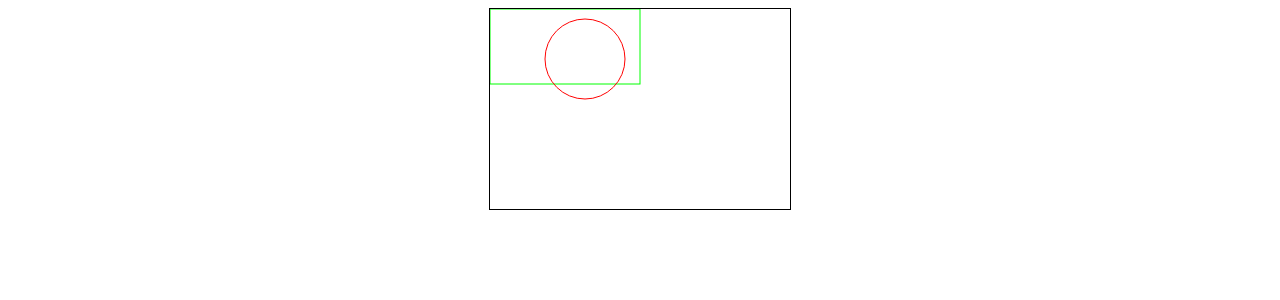
Repository: BhardwajMonika/core-java
Page: HTML2/WebContent/Canvas1.html
An editor plug-in stored every save of this project. The page is shown before and after the next save, followed by the edit.
The browser window is 1280 px wide. The pictures show the whole page.

Above is the page before, as saved 2019-02-27 09:23:30.

After the next save:
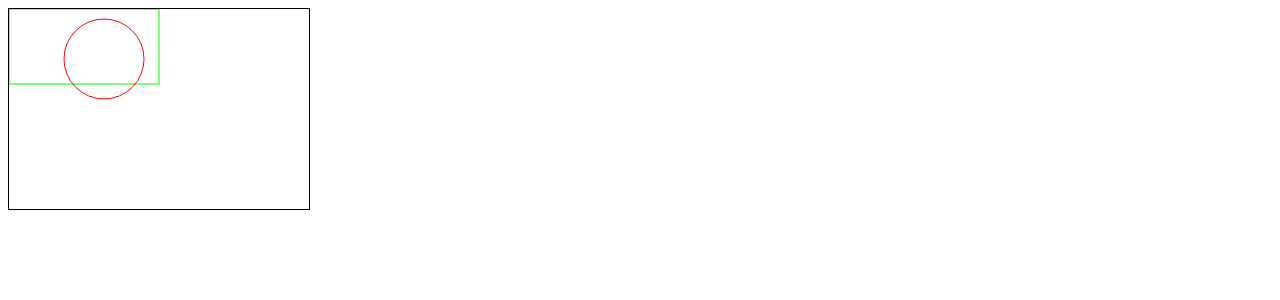
Saved 64 s later.
--- a/HTML2/WebContent/Canvas1.html
+++ b/HTML2/WebContent/Canvas1.html
@@ -8,9 +8,9 @@
 </head>
 <body>
 
-	<center><canvas id="myCanvas" width="300" height="200"
+	<canvas id="myCanvas" width="300" height="200"
 		style="border: 1px solid #000000;">
-</canvas></center>
+</canvas>
 <script>
 	var c = document.getElementById("myCanvas");
 	var ctx = c.getContext("2d");
